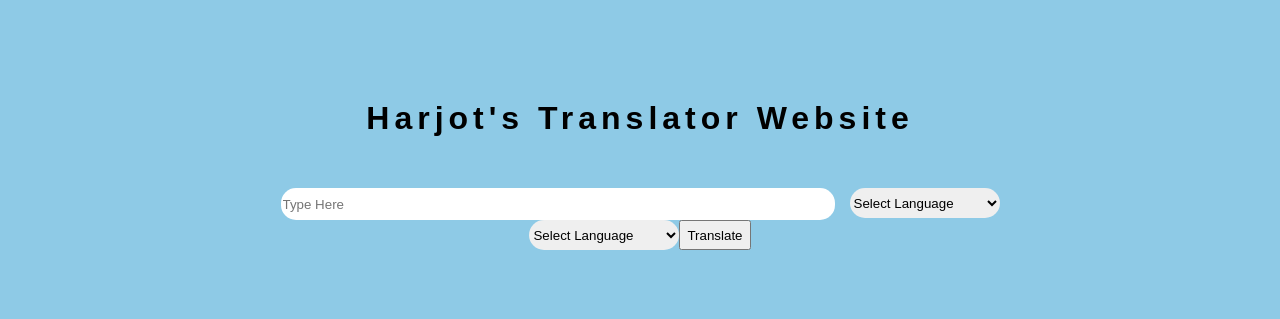
Repository: Harjot00/Pythonpractice
Page: Translator/homepage.html
The author's editor kept a copy of each file at every save. The page is drawn from the files as they stood at one save, then again after the next save.
The browser window is 1280 px wide. The pictures show the whole page.
Some web fonts or font styles are not loaded; a fallback is used.

Above is the page before, as saved 2022-03-06 19:24:27.

After the next save:
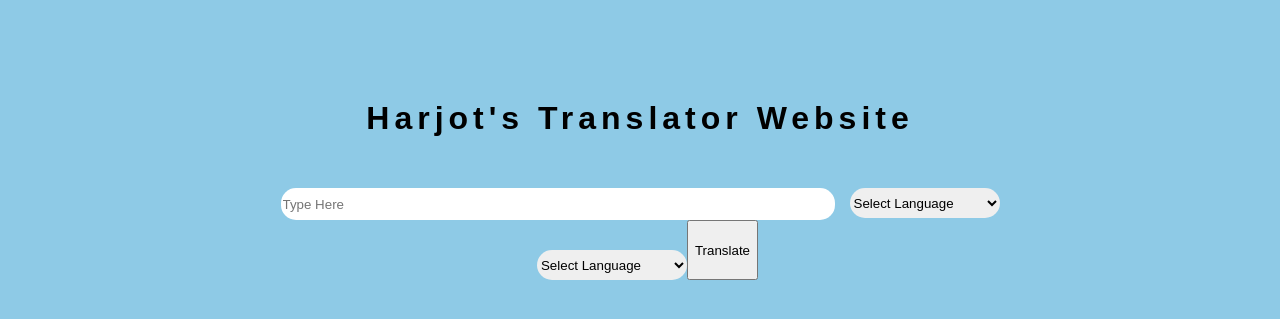
Saved 4 min 46 s later.
--- a/Translator/homepage.html
+++ b/Translator/homepage.html
@@ -26,8 +26,8 @@
         </form>
     </div>
     <div style = "display: flex; justify-content: center;">
-        <form>
-            <select>
+        <form id = "language2">
+            <select >
                 <option disabled selected>Select Language</option>
                 <option value="volvo">French</option>
                 <option value="saab">Italian</option>
